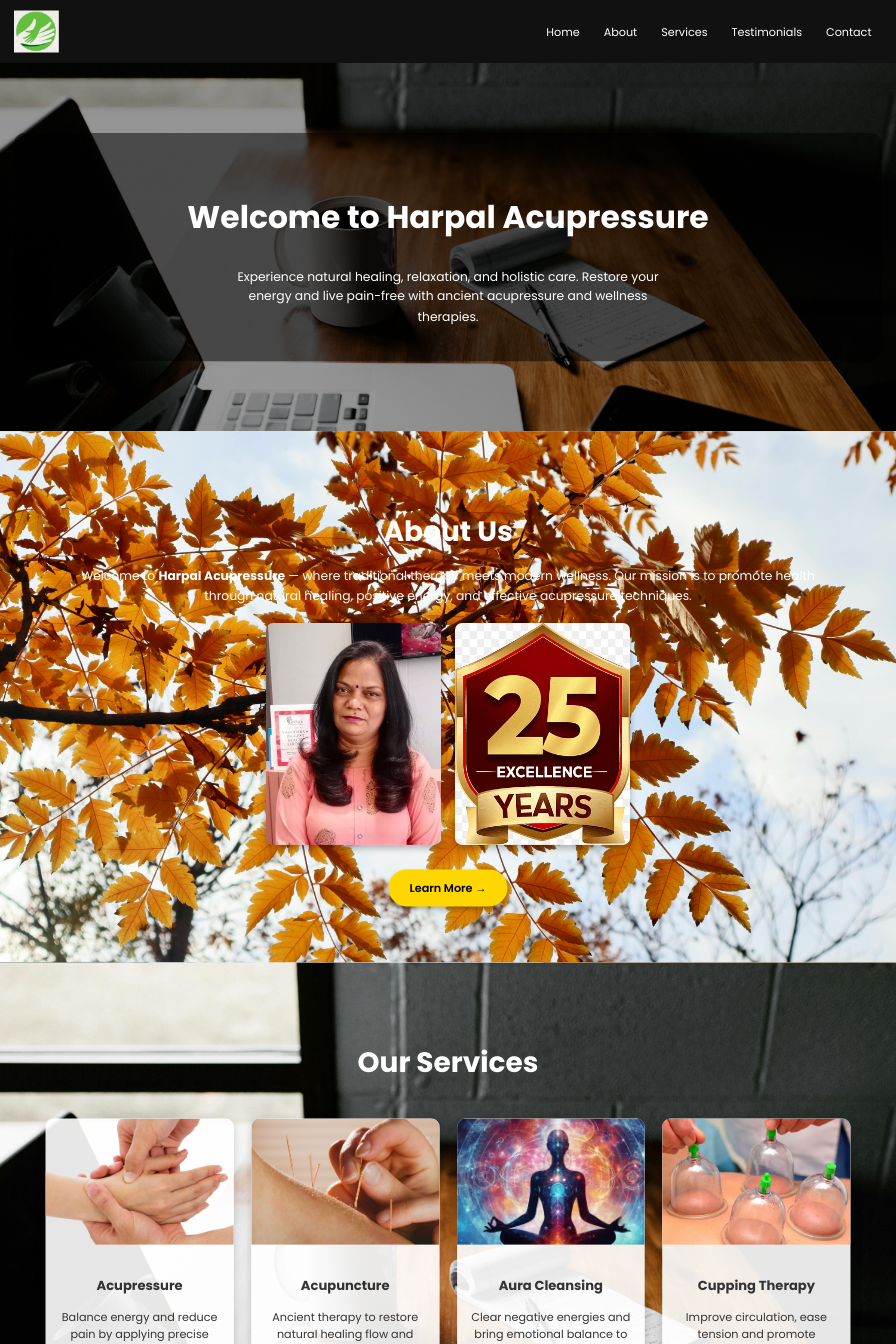
Repository: swasthiik/my-websites
Page: index.html
The author's editor kept a copy of each file at every save. The page is drawn from the files as they stood at one save, then again after the next save.
The browser window is 1280 px wide. The pictures show the part of the page from y = 0 to 1920 px (the page is 4632 px tall), at 70% of full size.
Backgrounds fixed to the window are drawn as part of the page.

Above is the page before, as saved 2025-10-27 23:54:57.

### index.html
<!DOCTYPE html>
<html lang="en">
<head>
  <meta charset="utf-8" />
  <meta name="viewport" content="width=device-width, initial-scale=1" />
  <title>Harpal Acupressure — Healing & Wellness</title>

  <link href="https://fonts.googleapis.com/css2?family=Poppins:wght@300;400;600;700&display=swap" rel="stylesheet">

  <style>
    body {
      margin: 0;
      font-family: 'Poppins', sans-serif;
      background: #fff;
      color: #333;
    }
    header {
      background: #111;
      color: #fff;
      padding: 15px 20px;
      display: flex;
      align-items: center;
      justify-content: space-between;
      flex-wrap: wrap;
    }
    header img {
      height: 60px;
      width: auto;
    }
    nav {
      text-align: center;
    }
    nav a {
      color: #fff;
      margin: 0 15px;
      text-decoration: none;
      font-weight: 500;
      transition: color 0.3s ease;
    }
    nav a:hover {
      color: #ffd700;
    }
  </style>
</head>
<body>

  <!-- 🔹 HEADER -->
  <header>
    <img src="images/logo.jpg" alt="Harpal Acupressure Logo">
    <nav>
      <a href="#home">Home</a>
      <a href="#about">About</a>
      <a href="#services">Services</a>
      <a href="#testimonials">Testimonials</a>
      <a href="#contact">Contact</a>
    </nav>
  </header>

  <!-- 🔹 HERO SECTION -->
  <section id="home" style="background:linear-gradient(rgba(0,0,0,0.4),rgba(0,0,0,0.4)),url('images/background2.jpg') center/cover no-repeat;
    color:#fff;padding:100px 20px;text-align:center;">
    <div style="background:rgba(0,0,0,0.5);padding:50px;border-radius:15px;">
      <h2 style="font-size:2.8rem;">Welcome to Harpal Acupressure</h2>
      <p style="max-width:650px;margin:auto;line-height:1.6;font-size:1.1rem;">Experience natural healing, relaxation, and holistic care. Restore your energy and live pain-free with ancient acupressure and wellness therapies.</p>
    </div>
  </section>

  <!-- 🔹 ABOUT SECTION -->
  <section id="about" style="background:url('images/background3.jpg') center/cover no-repeat; background-attachment: fixed; color:#fff; padding:80px 20px;">
    <div style="max-width:1100px;margin:auto;text-align:center;">
      <h2 style="font-size:2.5rem;font-weight:700;margin-bottom:20px;">About Us</h2>
      <p style="font-size:1.1rem;line-height:1.6;margin-bottom:25px;">
        Welcome to <strong>Harpal Acupressure</strong> — where traditional therapy meets modern wellness.
        Our mission is to promote health through natural healing, positive energy, and effective acupressure techniques.
      </p>

      <div style="display:flex;flex-wrap:wrap;justify-content:center;gap:20px;">
        <img src="images/photo1.png" alt="Founder Image" style="width:250px;border-radius:10px;box-shadow:0 4px 10px rgba(0,0,0,0.3);">
        <img src="images/photo2.png" alt="25 Years Badge" style="width:250px;border-radius:10px;box-shadow:0 4px 10px rgba(0,0,0,0.3);">
      </div>

      <a href="about.html" style="display:inline-block;margin-top:35px;padding:14px 30px;background:#ffd700;color:#000;
        font-weight:600;border-radius:30px;text-decoration:none;box-shadow:0 4px 8px rgba(0,0,0,0.3);">
        Learn More →
      </a>
    </div>
  </section>

  <!-- 🔹 OUR SERVICES SECTION -->
  <section id="services" style="background:url('images/background2.jpg') center/cover no-repeat; background-attachment: fixed; padding:80px 20px;">
    <div style="max-width:1150px;margin:auto;text-align:center;">
      <h2 style="font-size:2.5rem;font-weight:700;color:#fff;margin-bottom:50px;">Our Services</h2>

      <div style="display:grid;grid-template-columns:repeat(auto-fit,minmax(260px,1fr));gap:25px;">

        <!-- 10 Services -->
        <div style="background:rgba(255,255,255,0.9);border-radius:12px;overflow:hidden;box-shadow:0 6px 16px rgba(0,0,0,0.2);">
          <img src="images/service1.jpg" alt="Acupressure" style="width:100%;height:180px;object-fit:cover;">
          <div style="padding:18px;"><h3>Acupressure</h3><p>Balance energy and reduce pain by applying precise pressure to key points on the body.</p></div>
        </div>

        <div style="background:rgba(255,255,255,0.9);border-radius:12px;overflow:hidden;box-shadow:0 6px 16px rgba(0,0,0,0.2);">
          <img src="images/service2.jpg" alt="Acupuncture" style="width:100%;height:180px;object-fit:cover;">
          <div style="padding:18px;"><h3>Acupuncture</h3><p>Ancient therapy to restore natural healing flow and promote deep relaxation.</p></div>
        </div>

        <div style="background:rgba(255,255,255,0.9);border-radius:12px;overflow:hidden;box-shadow:0 6px 16px rgba(0,0,0,0.2);">
          <img src="images/service3.jpg" alt="Aura Cleansing" style="width:100%;height:180px;object-fit:cover;">
          <div style="padding:18px;"><h3>Aura Cleansing</h3><p>Clear negative energies and bring emotional balance to your body and mind.</p></div>
        </div>

        <div style="background:rgba(255,255,255,0.9);border-radius:12px;overflow:hidden;box-shadow:0 6px 16px rgba(0,0,0,0.2);">
          <img src="images/service4.jpg" alt="Cupping Therapy" style="width:100%;height:180px;object-fit:cover;">
          <div style="padding:18px;"><h3>Cupping Therapy</h3><p>Improve circulation, ease tension and promote detoxification.</p></div>
        </div>

        <div style="background:rgba(255,255,255,0.9);border-radius:12px;overflow:hidden;box-shadow:0 6px 16px rgba(0,0,0,0.2);">
          <img src="images/service5.jpg" alt="Casa Therapy" style="width:100%;height:180px;object-fit:cover;">
          <div style="padding:18px;"><h3>Casa Therapy</h3><p>Holistic techniques to re-align and restore natural balance.</p></div>
        </div>

        <div style="background:rgba(255,255,255,0.9);border-radius:12px;overflow:hidden;box-shadow:0 6px 16px rgba(0,0,0,0.2);">
          <img src="images/service6.jpg" alt="Magnetic Therapy" style="width:100%;height:180px;object-fit:cover;">
          <div style="padding:18px;"><h3>Magnetic Therapy</h3><p>Support circulation and reduce chronic discomfort using magnetic energy balance.</p></div>
        </div>

        <div style="background:rgba(255,255,255,0.9);border-radius:12px;overflow:hidden;box-shadow:0 6px 16px rgba(0,0,0,0.2);">
          <img src="images/service7.jpg" alt="Numerology Guidance" style="width:100%;height:180px;object-fit:cover;">
          <div style="padding:18px;"><h3>Numerology Guidance</h3><p>Insightful guidance using numerology to support personal growth and clarity.</p></div>
        </div>

        <div style="background:rgba(255,255,255,0.9);border-radius:12px;overflow:hidden;box-shadow:0 6px 16px rgba(0,0,0,0.2);">
          <img src="images/service8.jpg" alt="Reiki Healing" style="width:100%;height:180px;object-fit:cover;">
          <div style="padding:18px;"><h3>Reiki Healing</h3><p>Gentle energy therapy to calm the mind and boost wellbeing.</p></div>
        </div>

        <div style="background:rgba(255,255,255,0.9);border-radius:12px;overflow:hidden;box-shadow:0 6px 16px rgba(0,0,0,0.2);">
          <img src="images/service9.jpg" alt="Sujok Therapy" style="width:100%;height:180px;object-fit:cover;">
          <div style="padding:18px;"><h3>Sujok Therapy</h3><p>Hand & foot mapping therapy for natural internal healing.</p></div>
        </div>

        <div style="background:rgba(255,255,255,0.9);border-radius:12px;overflow:hidden;box-shadow:0 6px 16px rgba(0,0,0,0.2);">
          <img src="images/service10.jpg" alt="Vastu Consultation" style="width:100%;height:180px;object-fit:cover;">
          <div style="padding:18px;"><h3>Vastu Consultation</h3><p>Design your space for harmony, prosperity and health.</p></div>
        </div>

      </div>
    </div>
  </section>

  <!-- 🔹 TESTIMONIALS SECTION -->
  <section id="testimonials" style="background:url('images/background4.jpg') center/cover no-repeat; background-attachment: fixed; color:#fff; padding:80px 20px;text-align:center;">
    <div style="background:rgba(0,0,0,0.6);padding:60px;border-radius:20px;max-width:1000px;margin:auto;">
      <h2 style="font-size:2.5rem;margin-bottom:20px;">💬 What Our Clients Say</h2>
      <p style="max-width:750px;margin:20px auto;">Hear directly from our satisfied clients who experienced transformation through Harpal Acupressure.</p>

      <div style="display:flex;flex-wrap:wrap;justify-content:center;gap:25px;margin-top:40px;">
        <div style="background:#fff;color:#333;padding:20px;border-radius:15px;width:280px;box-shadow:0 4px 12px rgba(0,0,0,0.3);">
          <p>“After 3 sessions, my back pain completely disappeared!”</p>
          <h4>– Priya Sharma</h4>
        </div>
        <div style="background:#fff;color:#333;padding:20px;border-radius:15px;width:280px;box-shadow:0 4px 12px rgba(0,0,0,0.3);">
          <p>“Professional and caring — I feel much more energetic now.”</p>
          <h4>– Rahul Verma</h4>
        </div>
        <div style="background:#fff;color:#333;padding:20px;border-radius:15px;width:280px;box-shadow:0 4px 12px rgba(0,0,0,0.3);">
          <p>“Excellent service and warm environment.”</p>
          <h4>– Anjali Gupta</h4>
        </div>
      </div>
    </div>
  </section>

  <!-- 🔹 CONTACT SECTION -->
  <section id="contact" style="background:url('images/background4.jpg') center/cover no-repeat; background-attachment: fixed; color:#fff; padding:80px 20px;">
    <div style="background:rgba(0,0,0,0.6);padding:50px;border-radius:20px;max-width:1000px;margin:auto;">
      <h2 style="text-align:center;font-size:2rem;">📍 Contact Us</h2>
      <p style="text-align:center;font-size:1.1rem;margin-bottom:30px;">We’d love to hear from you! Fill out the form below or connect directly.</p>

      <div style="display:flex;flex-wrap:wrap;justify-content:center;gap:30px;">
        <form style="flex:1;min-width:300px;max-width:450px;display:flex;flex-direction:column;gap:15px;">
          <input type="text" placeholder="Your Name" required style="padding:12px;border-radius:8px;border:none;">
          <input type="email" placeholder="Your Email" required style="padding:12px;border-radius:8px;border:none;">
          <textarea placeholder="Your Message" rows="5" required style="padding:12px;border-radius:8px;border:none;"></textarea>
          <button type="submit" style="background:#28a745;color:#fff;padding:12px;border:none;border-radius:8px;font-weight:bold;">Send Message</button>
        </form>

        <div style="flex:1;min-width:300px;max-width:400px;text-align:left;">
          <h3>Get in Touch</h3>
          <p><strong>📞 Phone:</strong> +91 9876543210</p>
          <p><strong>📧 Email:</strong> harpalacupressure@gmail.com</p>
          <p><strong>📍 Address:</strong> Near City Center, Mangalore, India</p>
          <p><strong>🕒 Hours:</strong> Mon–Sat: 9:00 AM – 8:00 PM</p>
          <div style="margin-top:15px;">
            <a href="https://wa.me/919876543210" style="color:#25D366;font-size:1.3em;text-decoration:none;">💬 WhatsApp Us</a><br>
            <a href="mailto:harpalacupressure@gmail.com" style="color:#ffcc00;font-size:1.3em;">📧 Email Us</a>
          </div>
        </div>
      </div>
    </div>
  </section>

  <!-- 🔹 FOOTER -->
  <footer style="background:#111;color:#ccc;text-align:center;padding:25px 10px;">
    <p>© 2025 Harpal Acupressure | All Rights Reserved</p>
    <p>💻 Designed & Developed by <strong>Swasthik Poojary</strong></p>
  </footer>

</body>
</html>

After the next save:
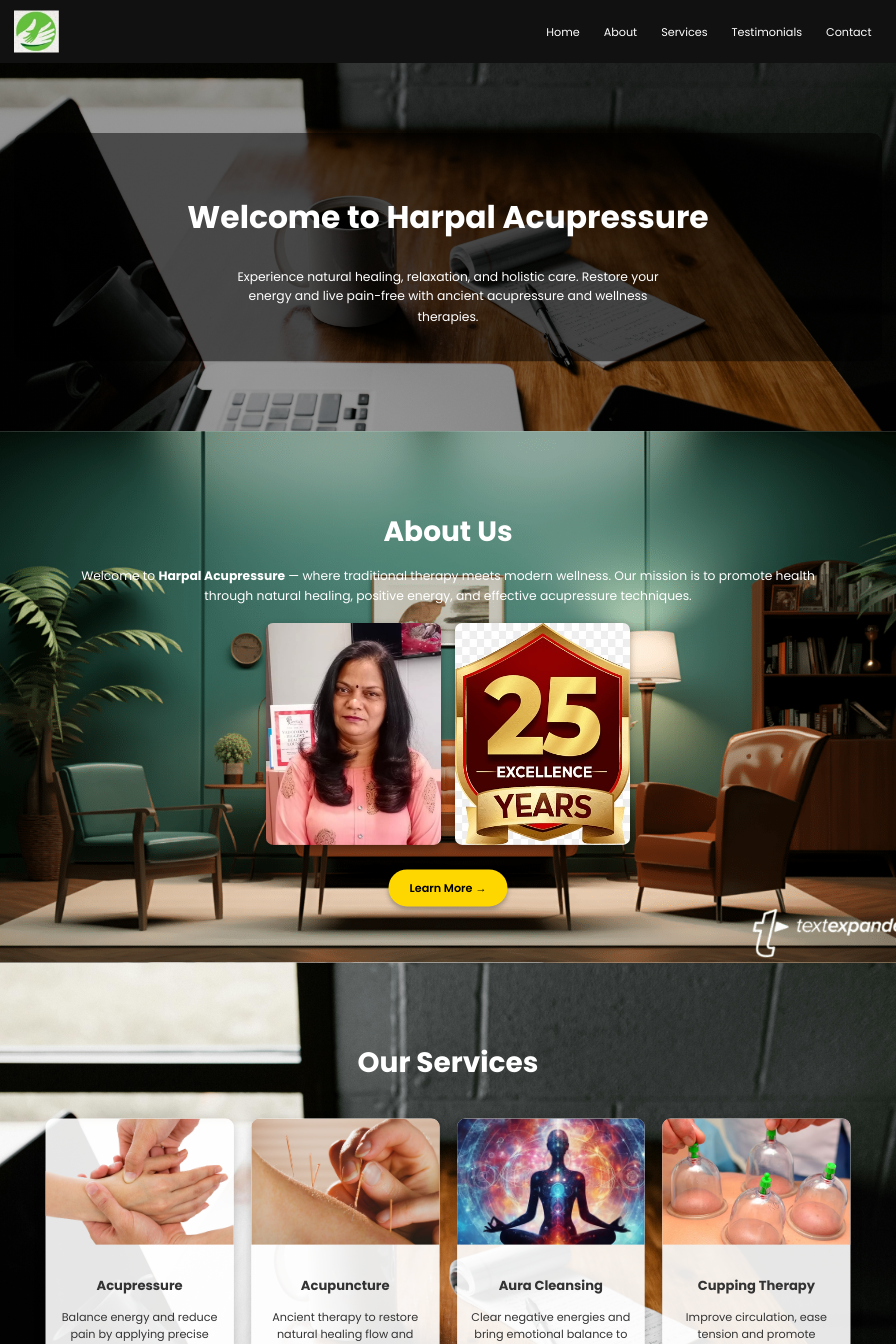
Saved 33 s later.
--- a/index.html
+++ b/index.html
@@ -66,7 +66,7 @@
   </section>
 
   <!-- 🔹 ABOUT SECTION -->
-  <section id="about" style="background:url('images/background3.jpg') center/cover no-repeat; background-attachment: fixed; color:#fff; padding:80px 20px;">
+  <section id="about" style="background:url('images/background.jpg') center/cover no-repeat; background-attachment: fixed; color:#fff; padding:80px 20px;">
     <div style="max-width:1100px;margin:auto;text-align:center;">
       <h2 style="font-size:2.5rem;font-weight:700;margin-bottom:20px;">About Us</h2>
       <p style="font-size:1.1rem;line-height:1.6;margin-bottom:25px;">
